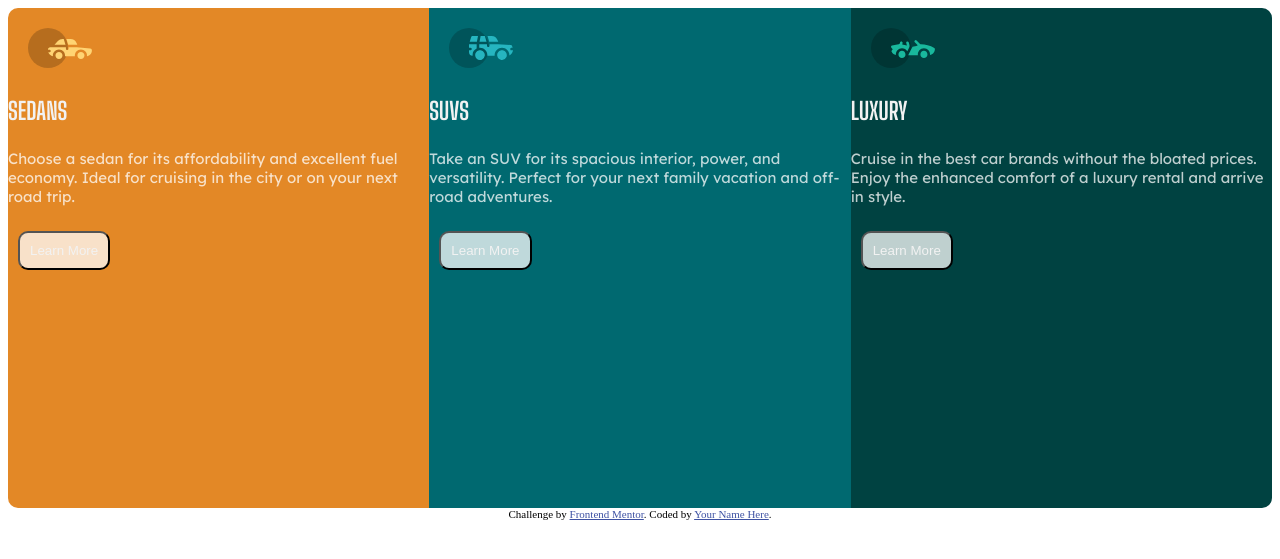
Repository: viniciussnt/3-column-preview-card
Page: index.html
These files come from the project's save history. The page is drawn as it stood at one moment and after a run of saves; the edit follows.
The browser window is 1280 px wide. The pictures show the whole page.

Above is the page before, as saved 2023-09-15 11:14:34.

### index.html
<!DOCTYPE html>
<html lang="pt-br">

<head>
  <meta charset="UTF-8">
  <meta name="viewport" content="width=device-width, initial-scale=1.0">
  <link rel="icon" type="image/png" sizes="32x32" href="./images/favicon-32x32.png">
  <link rel="stylesheet" href="./styles/style.css">

  <link rel="preconnect" href="https://fonts.googleapis.com">
  <link rel="preconnect" href="https://fonts.gstatic.com" crossorigin>
  <link href="https://fonts.googleapis.com/css2?family=Big+Shoulders+Display:wght@700&family=Lexend+Deca&display=swap"
    rel="stylesheet">

  <title>Frontend Mentor | 3-column preview card component</title>

  <!-- Feel free to remove these styles or customise in your own stylesheet 👍 -->
  <style>
    .attribution {
      font-size: 11px;
      text-align: center;
    }

    .attribution a {
      color: hsl(228, 45%, 44%);
    }
  </style>
</head>

<body>
  <div class="container">
    <article class="card-info">
      <section class="sedans">
        <div class="img-box">
          <img src="./images/icon-sedans.svg" />
        </div>
        <h1>SEDANS</h1>
        <p>Choose a sedan for its affordability and excellent fuel economy. Ideal for cruising in the city
          or on your next road trip.</p>

        <button>Learn More</button>
      </section>

      <section class="suvs">
        <div class="img-box">
          <img src="./images/icon-suvs.svg" />
        </div>
        <h1>SUVS</h1>
        <p>Take an SUV for its spacious interior, power, and versatility. Perfect for your next family vacation
          and off-road adventures.</p>

        <button>Learn More</button>
      </section>

      <section class="luxury">
        <div class="img-box">
          <img src="./images/icon-luxury.svg" />
        </div>
        <h1>LUXURY</h1>
        <p>Cruise in the best car brands without the bloated prices. Enjoy the enhanced comfort of a luxury
          rental and arrive in style.</p>

        <button>Learn More</button>
      </section>
    </article>
  </div>

  <div class="attribution">
    Challenge by <a href="https://www.frontendmentor.io?ref=challenge" target="_blank">Frontend Mentor</a>.
    Coded by <a href="#">Your Name Here</a>.
  </div>
</body>

</html>

### styles/style.css
:root {
    --color-sedan: rgb(227, 136, 38);
    --color-suv: rgb(0, 105, 112);
    --color-luxury: rgb(0, 66, 65);

    --color-primary: rgba(255, 255, 255, 0.75);
    --color-secondary: rgb(242, 242, 242);
}

@import url('https://fonts.googleapis.com/css2?family=Big+Shoulders+Display:wght@700&family=Lexend+Deca&display=swap');

.container {
    background-color: #fff;
}

article {
    display: flex;
}

section {
    flex-direction: row;
    width: 500px;
    height: 500px;
}

.sedans {
    background-color: var(--color-sedan);
    border-radius: 10px 0px 0px 10px;
}

.sedans .img-box {
    margin-top: 20px;
    margin-left: 20px;

}

.suvs {
    background-color: var(--color-suv);
}

.suvs .img-box {
    margin-top: 20px;
    margin-left: 20px;

}

.luxury {
    background-color: var(--color-luxury);
    border-radius: 0px 10px 10px 0px;
}

.luxury .img-box {
    margin-top: 20px;
    margin-left: 20px;

}

h1 {
    font-family: 'Big Shoulders Display', cursive;
    font-size: 1.5rem;
    color: var(--color-secondary);
}

p {
    font-family: 'Lexend Deca', sans-serif;
    font-size: 15px;
    color: var(--color-primary);
}

button {
    background-color: var(--color-primary);
    color: var(--color-secondary);
    border-radius: 10px;

    margin: 10px;
    padding: 10px;
}

After the next 3 saves:
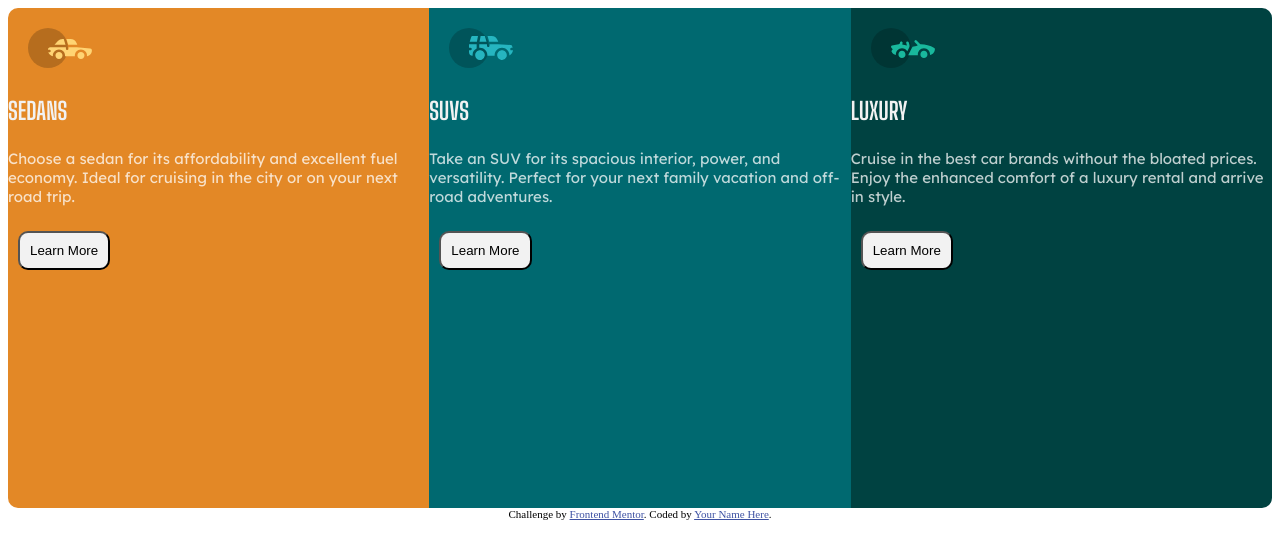
The 3 saves are shown as one change because they came seconds apart.
The last was saved 15 s later.
--- a/styles/style.css
+++ b/styles/style.css
@@ -68,8 +68,7 @@
 }
 
 button {
-    background-color: var(--color-primary);
-    color: var(--color-secondary);
+    background-color: var(--color-secondary);
     border-radius: 10px;
 
     margin: 10px;
